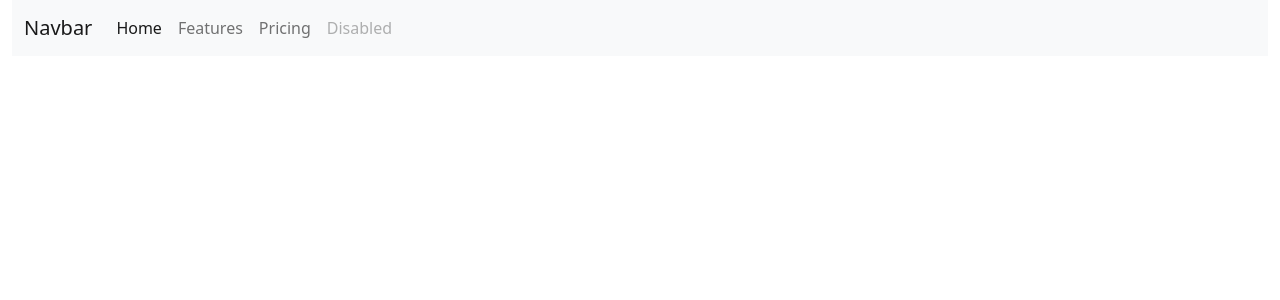
Repository: ypiard85/port-folio-bootstrap-yoann-2021
Page: index.html
An editor plug-in stored every save of this project. The page is shown before and after the next save, followed by the edit.
The browser window is 1280 px wide. The pictures show the whole page.

Above is the page before, as saved 2021-03-09 12:02:23.

After the next save:
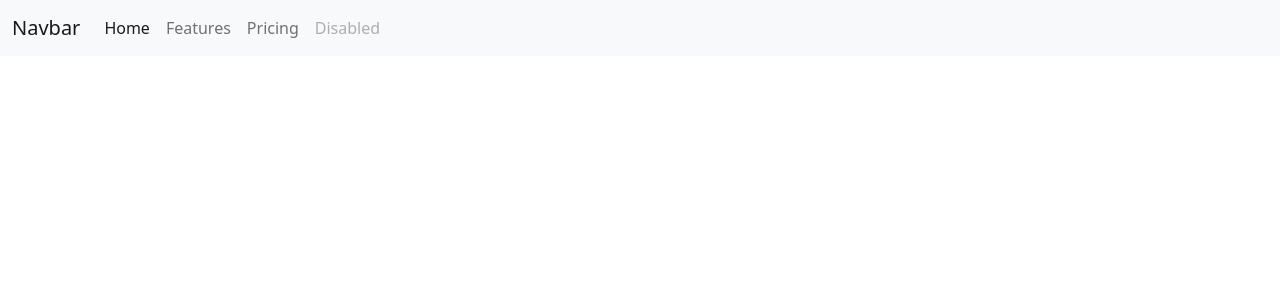
Saved 15 s later.
--- a/index.html
+++ b/index.html
@@ -12,7 +12,7 @@
 <body>
 
 
-    <header class="container-fluid">
+    <header>
         <nav class="navbar navbar-expand-lg navbar-light bg-light">
             <div class="container-fluid">
               <a class="navbar-brand" href="#">Navbar</a>
